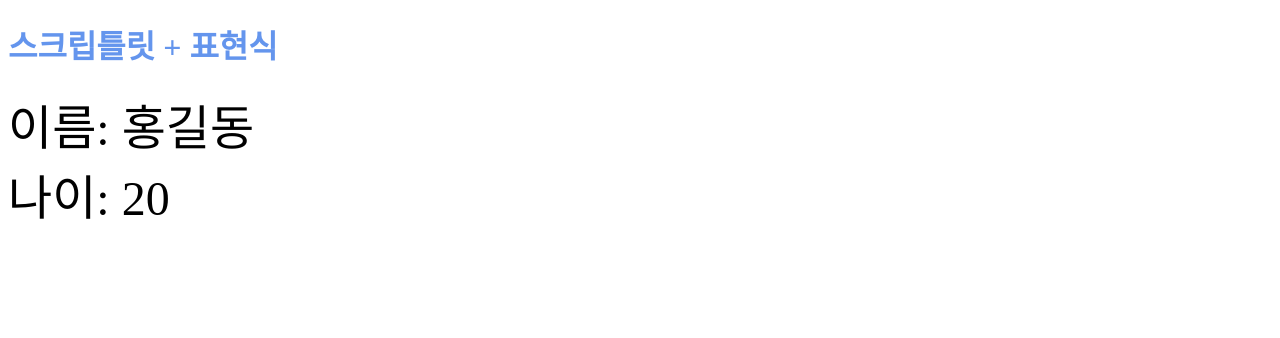
Repository: zzzzzzin/Server_Class
Page: http://localhost/JSPTest/ex06_script.jsp
The author's editor kept a copy of each file at every save. The page is drawn from the files as they stood at one save, then again after the next save.
The browser window is 1280 px wide. The pictures show the whole page.
The page is served by Tomcat 9.

Above is the page before, as saved 2024-04-01 06:48:36.

### JSPTest/src/main/webapp/ex06_script.jsp
<%@ page language="java" contentType="text/html; charset=UTF-8"
    pageEncoding="UTF-8"%>
	<%
		//이 비즈니스 코드는 java코드와 섞어 작성 x => 보통 상단에 작성
		//Connection conn;
		//PrepardeStatement stat
		//ResultSet rs;
		//rs.getString("name")

		String name = "홍길동";
		int age = 20;
		String color = "cornflowerblue";
		String css = "font-size:3rem;";

	%>
<!DOCTYPE html>
<html>
<head>
<meta charset="UTF-8">
<title>Insert title here</title>
<style>
	h1 {
		color: <%=color %>;
	}

	div {
		<%= css%>
	}
</style>
</head>
<body>
	<%-- <% int a = 10; %> --%>

	<h1>스크립틀릿 + 표현식</h1>

	<div>이름: <%=name %> </div>
	<div>나이: <%=age %> </div>
	<div style="background-color: 색상:<%=color %> ></div>


</body>
</html>

After the next save:
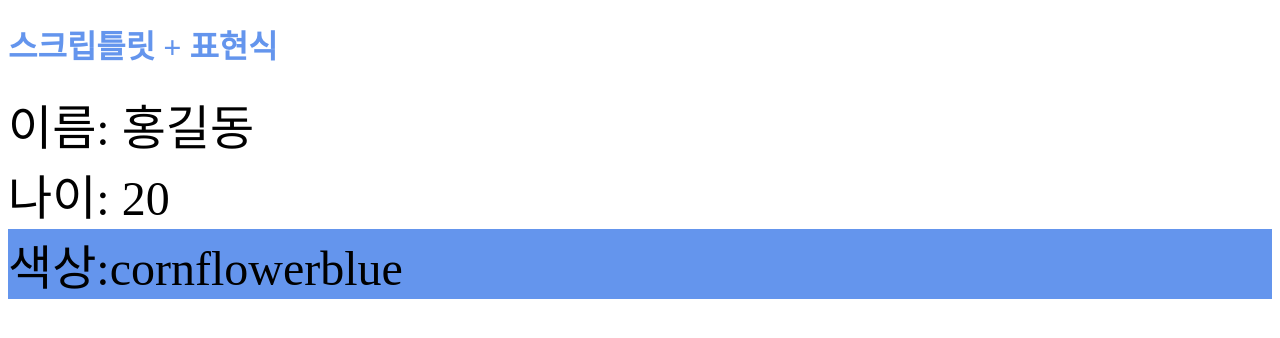
Saved 33 s later.
--- a/JSPTest/src/main/webapp/ex06_script.jsp
+++ b/JSPTest/src/main/webapp/ex06_script.jsp
@@ -35,7 +35,7 @@
 
 	<div>이름: <%=name %> </div>
 	<div>나이: <%=age %> </div>
-	<div style="background-color: 색상:<%=color %> ></div>
+	<div style="background-color: <%=color %>">색상:<%=color %></div>
 
 
 </body>
